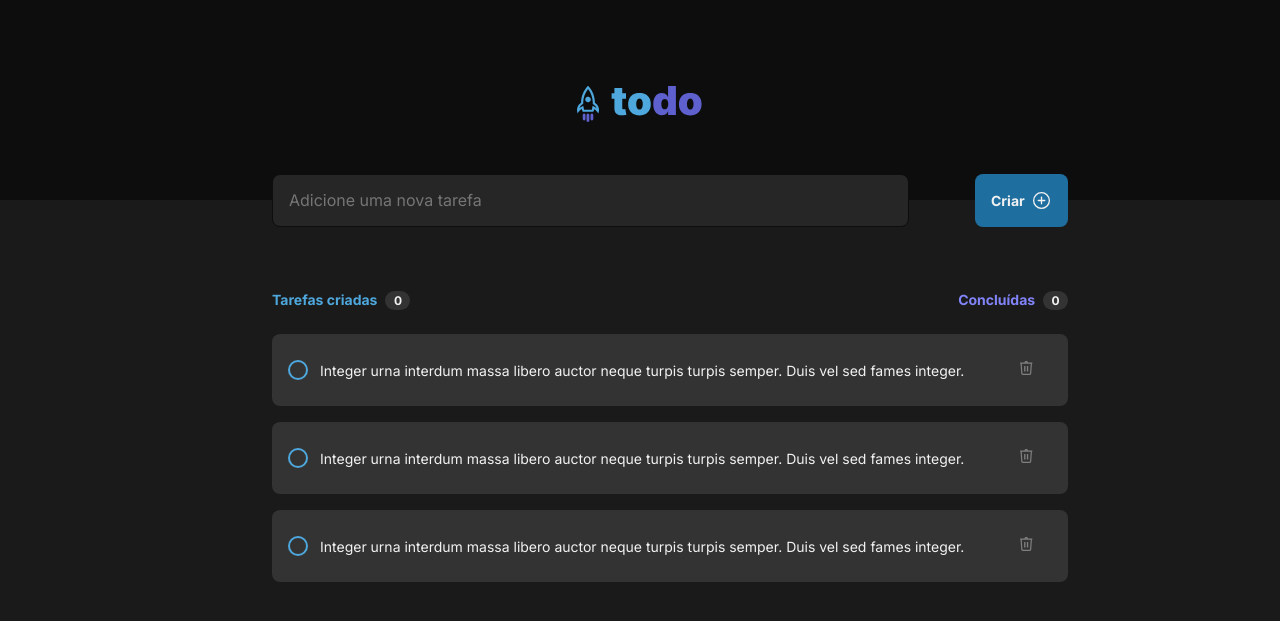
Repository: viniimartins/ToDoListROCKETSEAT
Page: /
The author's editor kept a copy of each file at every save. The page is drawn from the files as they stood at one save, then again after the next save.
The browser window is 1280 px wide. The pictures show the whole page.
The project was rebuilt for these pictures with package versions that can differ from the ones it lists, and the page was loaded fresh each time. Also part of the build but not shown: vite.config.ts.

Above is the page before, as saved 2023-05-08 14:26:58.

After the next save:
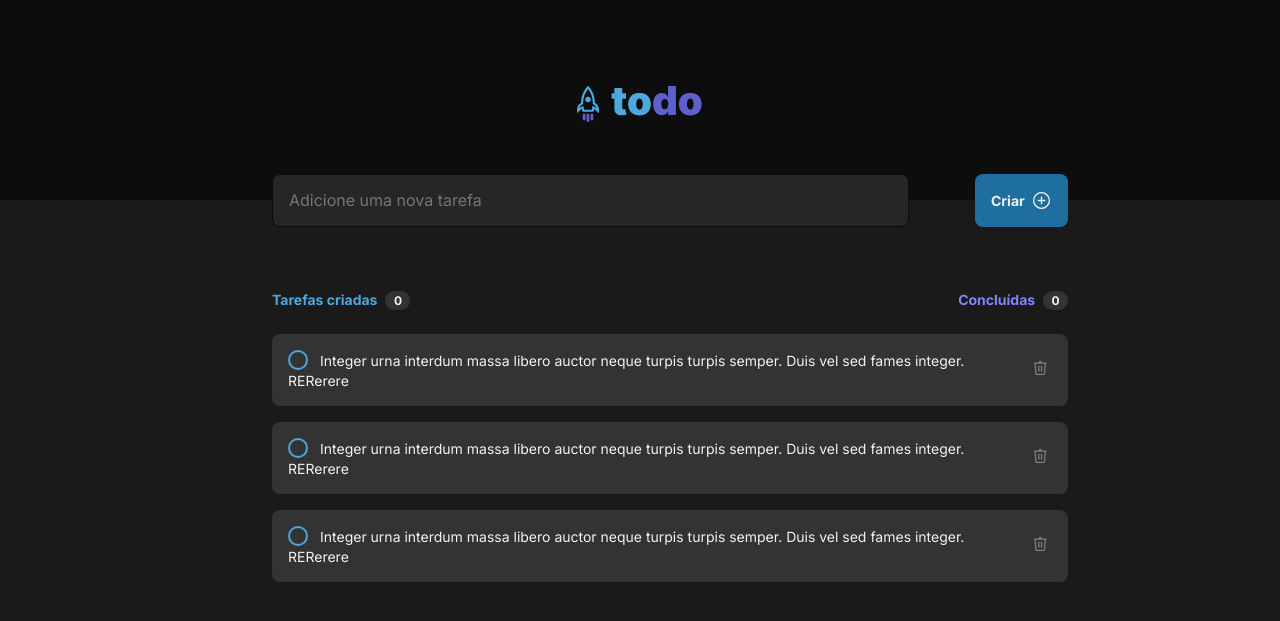
Saved 7 s later.
--- a/src/Components/TaskCreated.tsx
+++ b/src/Components/TaskCreated.tsx
@@ -20,7 +20,7 @@ export function TaskCreated({ label }: Props) {
         <span className={styles.checkmark}></span>
         <span className={styles.label}>
           Integer urna interdum massa libero auctor neque turpis turpis semper.
-          Duis vel sed fames integer.
+          Duis vel sed fames integer. RERerere
         </span>
       </label>
 
